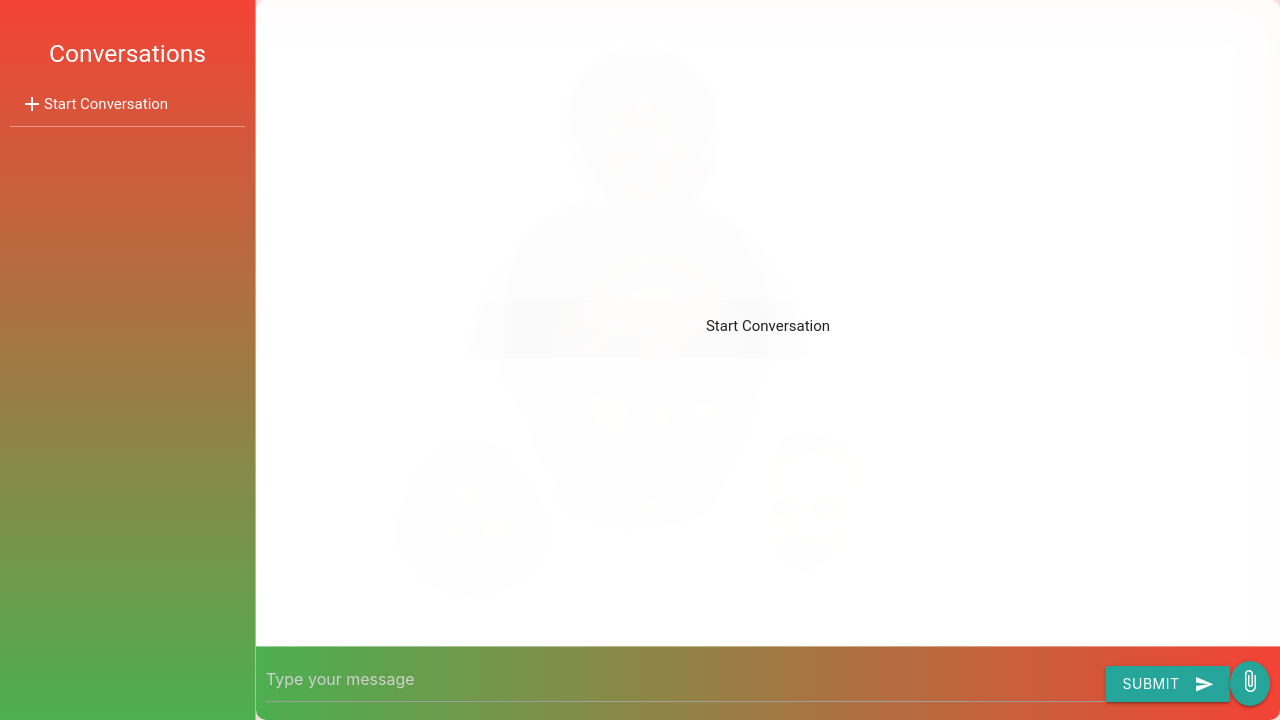
Repository: jcuzcan/sesmag
Page: / (app in frontend/)
The author's editor kept a copy of each file at every save. The page is drawn from the files as they stood at one save, then again after the next save.
The browser window is 1280 px wide. The pictures show the whole page.
The page's requests for data from a server got no answer. The project was rebuilt for these pictures with package versions that can differ from the ones it lists, and the page was loaded fresh each time. No one was signed in, and anything a server would have sent is missing.

Above is the page before, as saved 2024-12-09 22:09:32.

### frontend/public/index.html
<!DOCTYPE html>
<html lang="en">
  <head>
    <meta charset="utf-8" />
    <link rel="icon" href="%PUBLIC_URL%/favicon.ico" />
    <meta name="viewport" content="width=device-width, initial-scale=1" />
    <meta name="theme-color" content="#000000" />
    <link href="https://fonts.googleapis.com/icon?family=Material+Icons" rel="stylesheet" />
    <meta name="description" content="Web site created using create-react-app" />
    <link rel="apple-touch-icon" href="%PUBLIC_URL%/logo192.png" />
    <link rel="manifest" href="%PUBLIC_URL%/manifest.json" />
    <title>React App</title>
  </head>
  <body>
    <noscript>You need to enable JavaScript to run this app.</noscript>
    <div id="root"></div>
  </body>
</html>

### frontend/src/App.js
import React, { useState, useEffect } from "react";
import ApiService from "./service";
import "materialize-css/dist/css/materialize.min.css";
import ReactMarkdown from "react-markdown";
import "./App.css";
import FeeImage from './Fee.png';

const App = () => {
  const [conversation, setConversation] = useState({
    messages: [],
    _id: null,
  });
  const [conversations, setConversations] = useState([]);
  const [message, setMessage] = useState("");
  const [sidebarOpen, setSidebarOpen] = useState(false);
  const [isLoading, setIsLoading] = useState(false);

  useEffect(() => {
    ApiService.getAllConversations()
      .then((res) => {
        setConversations(res);
      })
      .catch((error) => {
        window.alert(error.message ?? error.toString());
      });
  }, []);

  const handleSendMessage = async () => {
    if (message.trim()) {
      let conversationId = conversation._id;

      if (!conversation._id) {
        await ApiService.startConversation()
          .then((res) => {
            setConversation(res);
            conversationId = res._id;
            setConversations([res, ...conversations]);
          })
          .catch((error) => window.alert(error.message ?? error.toString()));
      }
      setConversation((conversation) => ({
        ...conversation,
        messages: [
          ...conversation.messages,
          { role: "user", content: message.trim() },
        ],
      }));
      setIsLoading(true);
      await ApiService.sendMessage(conversationId, message)
        .catch((error) => {
          error.message ?? error.toString();
        })
        .then((res) => {
          setConversation(res);
          setMessage("");
          // set conversion description
          setConversations((conversations) =>
            conversations.map((c) => {
              if (c._id === res._id) {
                c.description = res.description;
              }
              return c;
            })
          );
        });
      setIsLoading(false);
    }
  };

  const handleFileUpload = async (e) => {
    const file = e.target.files[0];
    if (file) {
      let conversationId = conversation._id;
      if (!conversation._id) {
        await ApiService.startConversation()
          .then((res) => {
            setConversation(res);
            conversationId = res._id;
            setConversations([res, ...conversations]);
          })
          .catch((error) => console.log(error));
      }
      setIsLoading(true);
      await ApiService.uploadContext(conversationId, file)
        .then((res) => {
          setConversation(res);
          // set conversion description
          setConversations((conversations) =>
            conversations.map((c) => {
              if (c._id === res._id) {
                c.description = res.description;
              }
              return c;
            })
          );
        })
        .catch((error) => window.alert(error.message ?? error.toString()));
      setIsLoading(false);
    }
  };

  const toggleSidebar = () => {
    setSidebarOpen((prev) => !prev);
  };

  const startConversation = async () => {
    if (isLoading) {
      return;
    }
    setIsLoading(true);
    await ApiService.startConversation()
      .then((res) => {
        setConversation(res);
        setConversations([res, ...conversations]);
      })
      .catch((error) => console.log(error));
    setIsLoading(false);
  };

  const getConversationById = (id) => {
    ApiService.getConversationById(id)
      .then((res) => {
        setConversation(res);
      })
      .catch((error) => {
        console.error(error.message ?? error.toString());
      });
  };

  return (
    <div className="app-container">
  <div className={`sidebar ${sidebarOpen ? "open" : ""}`}>
    <button className="close-btn" onClick={toggleSidebar}>
      <i className="material-icons">close</i>
    </button>
    <h5 className="mt-2 text-center">Conversations</h5>
    <ul>
      <li
        className="d-flex align-items-center"
        onClick={() => startConversation()}
      >
        <i className="material-icons">add</i> Start Conversation
      </li>
      {conversations.map((conversation) => (
        <li
          key={conversation._id}
          onClick={() => getConversationById(conversation._id)}
        >
          {conversation.description || `Conversation ${conversation._id}`}
        </li>
      ))}
    </ul>
  </div>
  <div className="chat-container">
    {/* Image Container */}
    <div className="image-container">
      <img src={FeeImage} alt="Profile" />
    </div>
    <div className="row">
      <button className="sidebar-toggle-btn" onClick={toggleSidebar}>
        &#9776;
      </button>
      <div className="flex-1 align-center" style={{ marginTop: "1rem" }}>
        {conversation._id ? (
          <>
            {conversation.description || `Conversation ${conversation._id}`}
          </>
        ) : (
          <>Start Conversation</>
        )}
      </div>
    </div>

    <div className="chat-window">
      {conversation && conversation.messages.length > 0 ? (
        conversation.messages
          .filter((messages) =>
            ["assistant", "user"].includes(messages.role)
          )
          .map((msg, index) => (
            <div
              key={index}
              className={`message ${
                msg.role === "user" ? "user-message" : "ai-message"
              }`}
            >
              <strong>{msg.role === "user" ? "You" : "AI"}:</strong>{" "}
              <ReactMarkdown>{msg.content}</ReactMarkdown>
            </div>
          ))
      ) : (
        <p className="no-messages">No messages!</p>
      )}
    </div>
    <div className="input-bar">
      <textarea
        id="message"
        className="materialize-textarea"
        value={message}
        onChange={(e) => setMessage(e.target.value)}
        placeholder="Type your message"
      ></textarea>
      <button
        className="btn waves-effect waves-light"
        onClick={handleSendMessage}
        name="action"
        disabled={isLoading}
      >
        Submit
        <i className="material-icons right">send</i>
      </button>
      <div className="file-field">
        <button className="btn btn-floating" disabled={isLoading}>
          <i className="material-icons">attach_file</i>
          <input
            type="file"
            onChange={handleFileUpload}
            accept="application/pdf"
          />
        </button>
      </div>
    </div>
  </div>
</div>

  );
};

export default App;

### frontend/src/service.js
import axios from "axios";

const BASE_URL = "http://localhost:4000/api";

const apiClient = axios.create({
  baseURL: BASE_URL,
  headers: {
    "Content-Type": "application/json",
  },
});

// Centralized error handler
const handleError = (error) => {
  if (error.response) {
    const message =
      error.response.data?.message || `Error: ${error.response.statusText}`;
    return Promise.reject(new Error(message));
  } else if (error.request) {
    return Promise.reject(
      new Error("No response from server. Please try again later.")
    );
  } else {
    return Promise.reject(
      new Error(error.message || "An unexpected error occurred.")
    );
  }
};

// API Service
const ApiService = {
  startConversation: async () => {
    try {
      const response = await apiClient.post("/conversation/start-conversation");
      return response.data;
    } catch (error) {
      return handleError(error);
    }
  },

  getAllConversations: async () => {
    try {
      const response = await apiClient.get("/conversation/");
      return response.data;
    } catch (error) {
      return handleError(error);
    }
  },

  getConversationById: async (id) => {
    try {
      const response = await apiClient.get(`/conversation/${id}`);
      return response.data;
    } catch (error) {
      return handleError(error);
    }
  },

  sendMessage: async (id, message) => {
    try {
      const response = await apiClient.post(`/conversation/${id}`, { message });
      return response.data;
    } catch (error) {
      return handleError(error);
    }
  },

  uploadContext: async (id, file) => {
    try {
      const formData = new FormData();
      formData.append("file", file);

      const response = await apiClient.post(
        `/conversation/upload-context/${id}`,
        formData,
        {
          headers: {
            "Content-Type": "multipart/form-data",
          },
        }
      );
      return response.data;
    } catch (error) {
      return handleError(error);
    }
  },
};

export default ApiService;

### frontend/src/App.css
body {
  margin: 0;
  font-family: 'Roboto', sans-serif;
  background: url('Fee.png') no-repeat center center fixed;
  background-size: cover;
}

.app-container {
  display: flex;
  height: 100vh;
  width: 100%;
  background: rgba(255, 255, 255, 0.9); /* Adds a slight overlay for readability */
  backdrop-filter: blur(5px); /* Adds blur effect to the background */
  box-shadow: inset 0 0 50px rgba(255, 0, 0, 0.2); /* Adds a festive glow */
}

.sidebar {
  width: 20%;
  background: linear-gradient(to bottom, #f44336, #4caf50); /* Christmas red and green */
  color: white;
  padding: 10px;
  border-right: 1px solid rgba(255, 255, 255, 0.4);
  overflow-y: auto;
  transition: transform 0.3s ease;
  box-shadow: 2px 0 5px rgba(0, 0, 0, 0.1);
}

.sidebar ul {
  list-style: none;
  padding: 0;
}

.sidebar ul li {
  padding: 10px;
  cursor: pointer;
  border-bottom: 1px solid rgba(255, 255, 255, 0.4);
  text-transform: capitalize;
  color: #fff;
}

.sidebar ul li:hover {
  background-color: rgba(255, 255, 255, 0.3); /* Slight highlight effect */
}

.sidebar.open {
  transform: translateX(0);
}

.sidebar.close {
  transform: translateX(-100%);
}

.close-btn {
  font-size: 20px;
  background: none;
  border: none;
  cursor: pointer;
  color: #fff;
  float: right;
  display: none;
}

.chat-container {
  flex: 1;
  display: flex;
  flex-direction: column;
  height: 100%;
  position: relative;
  background-color: rgba(255, 255, 255, 0.8);
  border-radius: 10px;
  overflow: hidden;
}

.image-container {
  width: 100%;
  height: 300px; /* Adjust this based on how big you want the image */
  background-image: url('./Fee.png'); /* Use the image file directly */
  background-size: cover; /* Ensures the image covers the entire container */
  background-position: center center; /* Centers the image */
  background-repeat: no-repeat; /* Ensures the image does not repeat */
  text-align: center;
  padding: 20px;
  background: rgba(255, 255, 255, 0.3); /* Optional overlay for a snowy effect */
  border-bottom: 1px solid rgba(255, 255, 255, 0.4);
}

.image-container img {
  display: none; /* Hides the original image tag */
}


.chat-window {
  flex: 1;
  padding: 20px;
  overflow-y: auto;
  background: rgba(255, 255, 255, 0.8);
  border-top: 1px solid rgba(255, 255, 255, 0.4);
}

.input-bar {
  display: flex;
  align-items: center;
  padding: 10px;
  border-top: 1px solid rgba(255, 255, 255, 0.4);
  background: linear-gradient(to right, #4caf50, #f44336); /* Christmas gradient */
  color: white;
}

.message {
  max-width: 70%;
  margin: 10px 0;
  padding: 10px;
  border-radius: 10px;
  word-wrap: break-word;
}

.user-message {
  margin-left: auto;
  background-color: #e57373; /* Warm red for user messages */
  color: #fff;
}

.ai-message {
  margin-right: auto;
  background-color: #81c784; /* Festive green for AI messages */
  color: #fff;
}

textarea {
  flex: 1;
  resize: none;
  border: 2px solid #fff;
  border-radius: 5px;
  padding: 10px;
  margin-right: 10px;
}

.sidebar-toggle-btn {
  position: absolute;
  display: none;
  top: 10px;
  left: 10px;
  background: none;
  border: none;
  font-size: 24px;
  cursor: pointer;
  z-index: 1000;
}

@media (max-width: 768px) {
  .sidebar {
    position: fixed;
    height: 100%;
    min-width: 300px;
    transform: translateX(-100%);
    z-index: 1000;
    box-shadow: 2px 0 5px rgba(0, 0, 0, 0.3);
  }

  .sidebar-toggle-btn {
    display: block;
  }

  .close-btn {
    display: block;
  }

  .sidebar.open {
    transform: translateX(0);
  }

  .chat-container {
    padding-left: 0;
  }
}

.no-messages {
  text-align: center;
  font-style: italic;
  color: rgba(255, 255, 255, 0.8);
}

/* Decorative Elements */
.mt-1 {
  margin-top: 1rem;
}

.mt-2 {
  margin-top: 2rem;
}

.d-flex {
  display: flex;
}

.align-items-center {
  align-items: center;
}

.text-center {
  text-align: center;
}

/* Snowfall Animation (Optional) */
@keyframes snowfall {
  0% { transform: translateY(-100px); }
  100% { transform: translateY(100vh); }
}

.snowflake {
  position: absolute;
  top: 0;
  animation: snowfall 10s linear infinite;
  opacity: 0.8;
  color: white;
}

.snowflake:nth-child(1) { left: 10%; animation-duration: 15s; font-size: 20px; }
.snowflake:nth-child(2) { left: 50%; animation-duration: 12s; font-size: 25px; }
.snowflake:nth-child(3) { left: 70%; animation-duration: 10s; font-size: 18px; }

Loaded but not shown: frontend/src/index.js (common file); frontend/src/index.css (common file); frontend/src/reportWebVitals.js (common file)

After the next save:
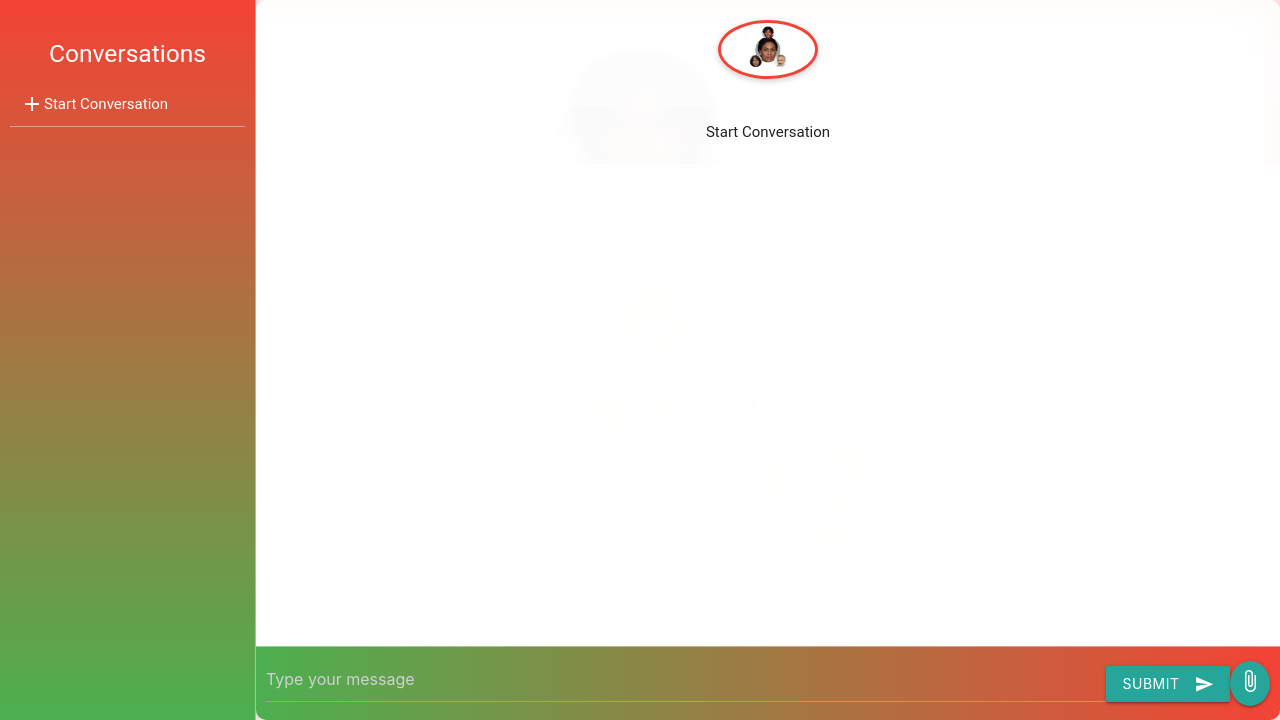
Saved 19 s later.
--- a/frontend/src/App.css
+++ b/frontend/src/App.css
@@ -73,19 +73,17 @@ body {
 
 .image-container {
   width: 100%;
-  height: 300px; /* Adjust this based on how big you want the image */
-  background-image: url('./Fee.png'); /* Use the image file directly */
-  background-size: cover; /* Ensures the image covers the entire container */
-  background-position: center center; /* Centers the image */
-  background-repeat: no-repeat; /* Ensures the image does not repeat */
   text-align: center;
   padding: 20px;
-  background: rgba(255, 255, 255, 0.3); /* Optional overlay for a snowy effect */
+  background: rgba(255, 255, 255, 0.3); /* Light snowy effect */
   border-bottom: 1px solid rgba(255, 255, 255, 0.4);
 }
 
 .image-container img {
-  display: none; /* Hides the original image tag */
+  max-width: 100px;
+  border-radius: 50%;
+  border: 3px solid #f44336;
+  box-shadow: 0 2px 6px rgba(0, 0, 0, 0.2);
 }
 
 
